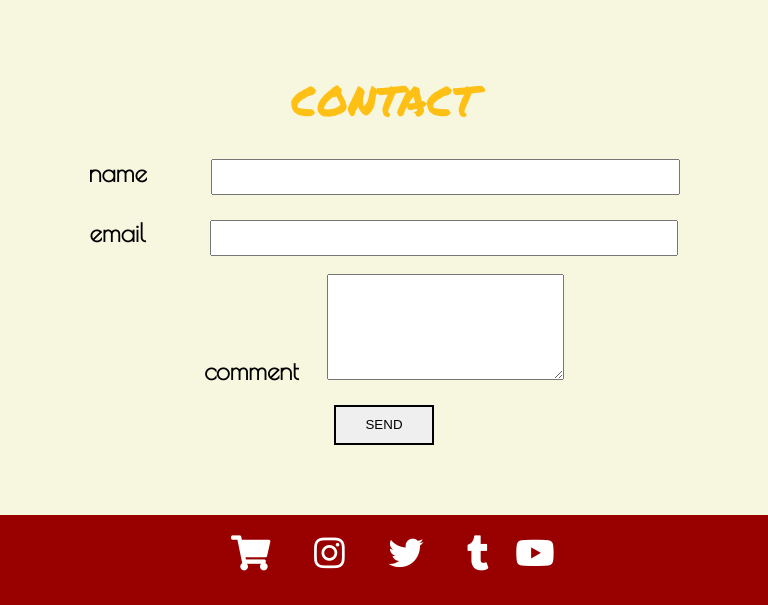
Repository: Natsuko0920/natsukohorii.github.io
Page: toppage/index.html
The author's editor kept a record of every edit. The page is drawn from the files as they stood at one moment, then again after the next edit.
The browser window is 768 px wide. The pictures show the part of the page from y = 874 to 1479 px (the page is 1479 px tall).
A picture or video elsewhere on the page could not be fetched, so the positions and the page height are approximate. Some web libraries are served in a nearby version.

Above is the page before.

After the next edit:
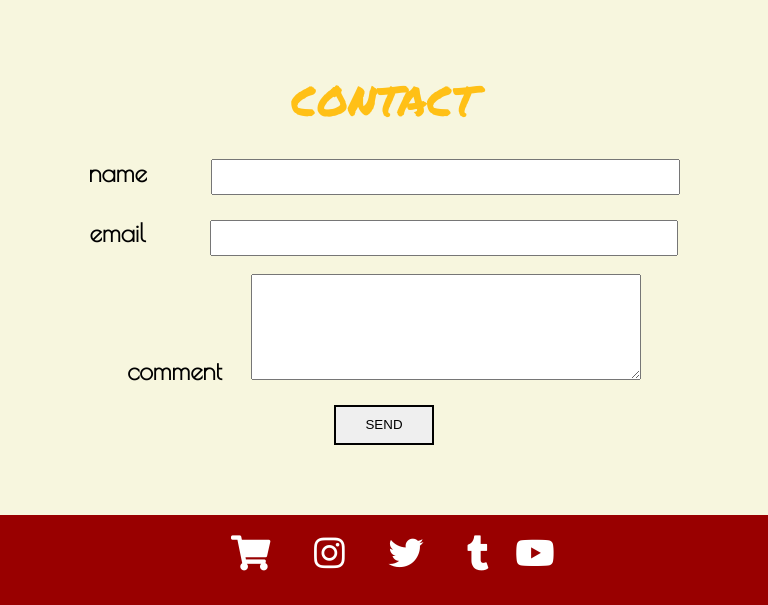
The edit:
--- a/toppage/index.css
+++ b/toppage/index.css
@@ -150,7 +150,7 @@
 }
 
 #comment{
-      width:30%;
+      width:50%;
       height:100px;
 }
 
